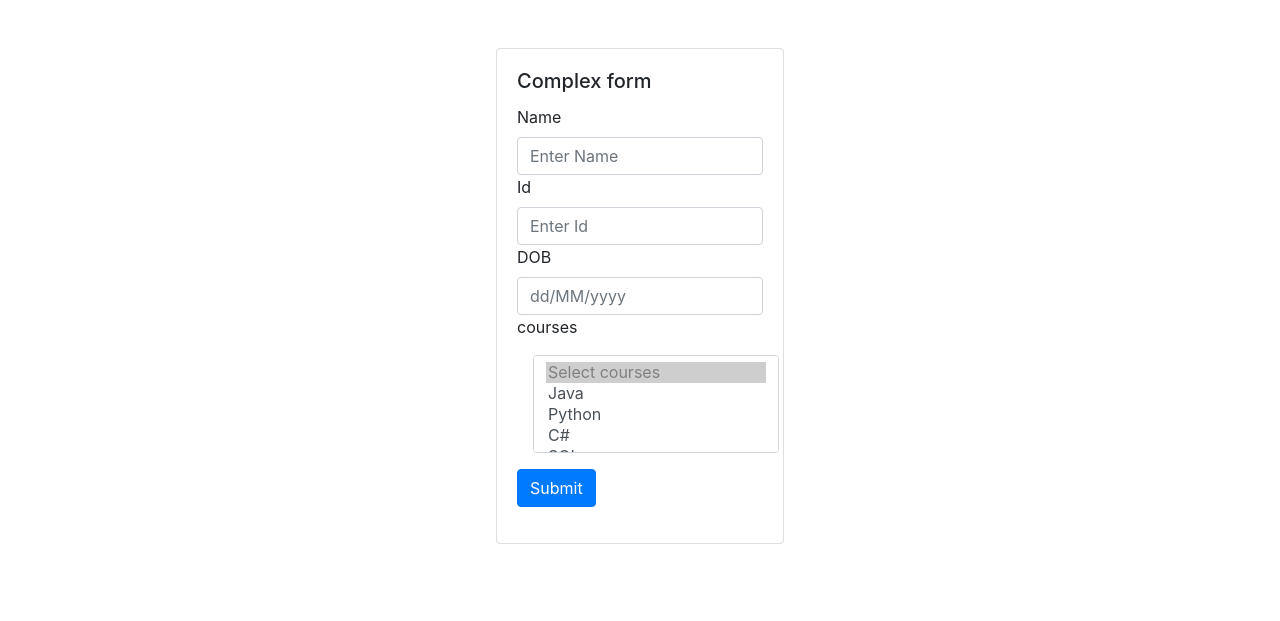
Repository: parvaizsajad/SpringFrameWork
Page: http://localhost/com.springMvc.search/complex
An editor plug-in stored every save of this project. The page is shown before and after the next save, followed by the edit.
The browser window is 1280 px wide. The pictures show the whole page.
Some web libraries are served in a nearby version. The page is served by Tomcat 9.

Above is the page before, as saved 2021-09-10 11:03:34.

After the next save:
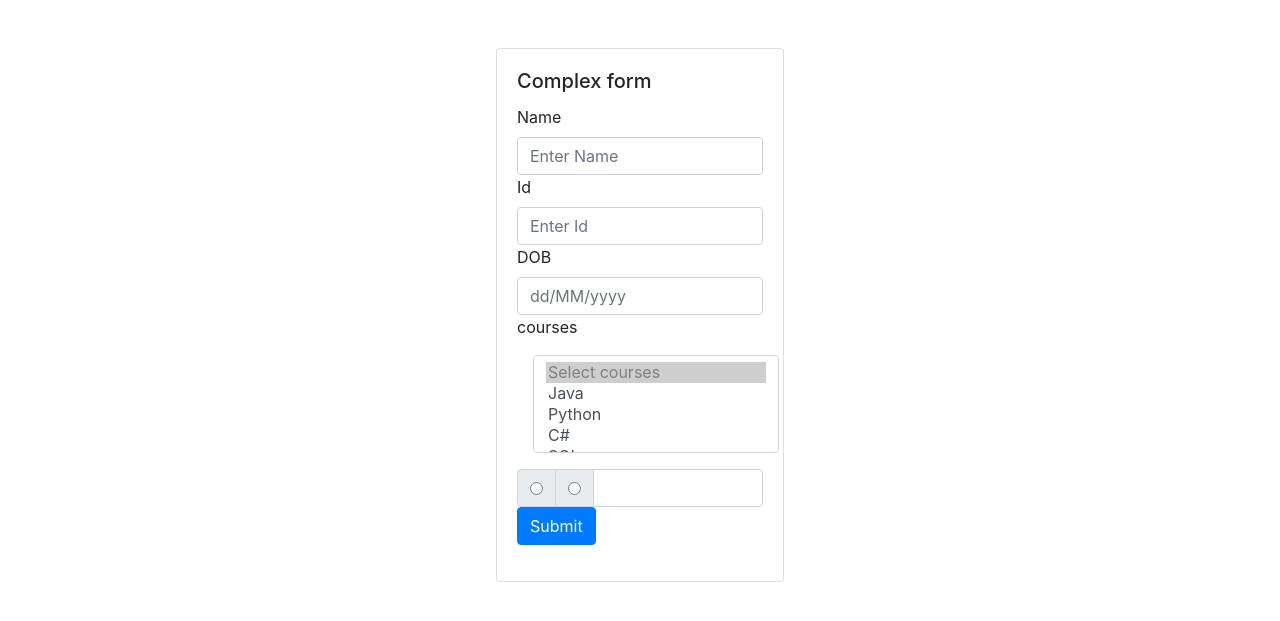
Saved 5 min 5 s later.
--- a/com.springMvc.search/src/main/webapp/WEB-INF/views/complex.jsp
+++ b/com.springMvc.search/src/main/webapp/WEB-INF/views/complex.jsp
@@ -38,6 +38,17 @@
   <option value="4">SQL</option>
 </select>
 
+    <div class="input-group">
+  <div class="input-group-prepend">
+    <div class="input-group-text">
+    <input type="radio" aria-label="Radio button for following text input" name=" gender" value="Male" id="male1">
+    </div>
+    <div class="input-group-text">
+    <input type="radio" aria-label="Radio button for following text input" name="gender" value="Female" id="Female1">
+    </div>
+  </div>
+  <input type="text" class="form-control" aria-label="Text input with radio button">
+</div>
 
       <button type="submit" class="btn btn-primary">Submit</button>
 </form>
